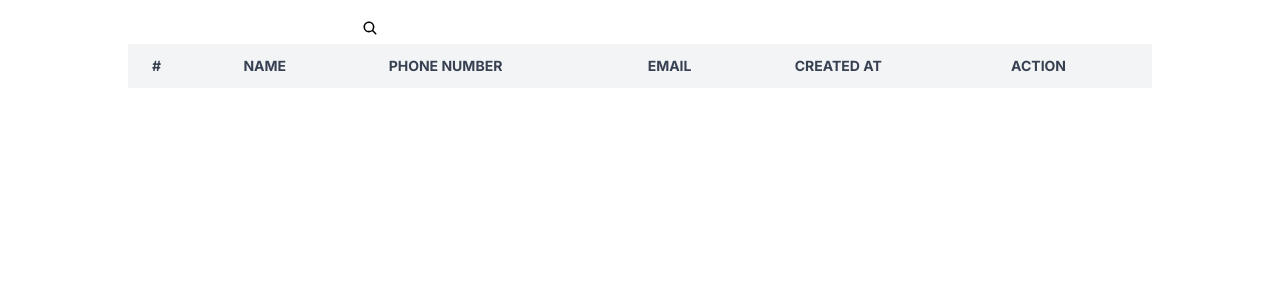
Repository: KilluaProject/crud-nextjs14
Page: /contacts
An editor plug-in stored every save of this project. The page is shown before and after the next save, followed by the edit.
The browser window is 1280 px wide. The pictures show the whole page.
The project was rebuilt for these pictures with package versions that can differ from the ones it lists, and the page was loaded fresh each time. The framework's server and built-in components were replaced by stand-ins that run in the browser. Also part of the build but not shown: next.config.mjs.

Above is the page before, as saved 2024-06-30 11:33:49.

After the next save:
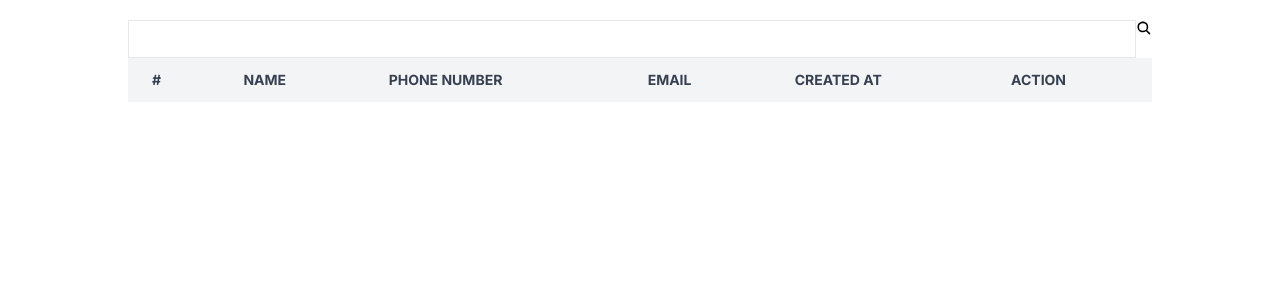
Saved 36 s later.
--- a/components/Search.tsx
+++ b/components/Search.tsx
@@ -4,7 +4,9 @@ import { IoSearch } from 'react-icons/io5'
 const Search = () => {
   return (
     <div className='relative flex flex-1'>
-        <input type="text" />
+        <input
+        className='w-full border border-gray-200 py-2 pl-10 text-sm outline-2'
+        type="text" />
 
         <IoSearch/>
 
